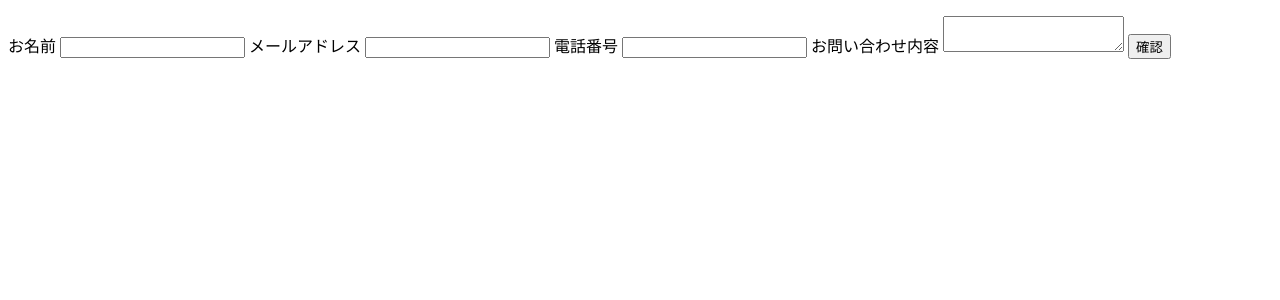
Repository: daytime/php_5days_challenge
Page: http://localhost/form.php
These files come from the project's save history. The page is drawn as it stood at one moment and after the next save; the edit follows.
The browser window is 1280 px wide. The pictures show the whole page.
The page is run by PHP 8.4 with error messages shown; the project is at /var/www/html/.

Above is the page before, as saved 2025-02-06 12:29:12.

### form.php
<!DOCTYPE html>
<html lang="ja">
<head>
    <meta charset="UTF-8">
    <meta name="viewport" content="width=device-width, initial-scale=1.0">
    <title>Document</title>
</head>
<body>
    <main>
        <form name="form1" method="post" action="confirm.php">
            <p></p><label for="name">お名前</label>
            <input type="text" name="name" id="name" required>
            <label for="email">メールアドレス</label>
            <input type="email" name="email" id="email" required>
            <label for="tel">電話番号</label>
            <input type="tel" name="tel" id="tel" required>
            <label for="message">お問い合わせ内容</label>
            <textarea name="message" id="message" required></textarea>
            <button type="submit">確認</button>
    </main>

</body>
</html>

After the next save:
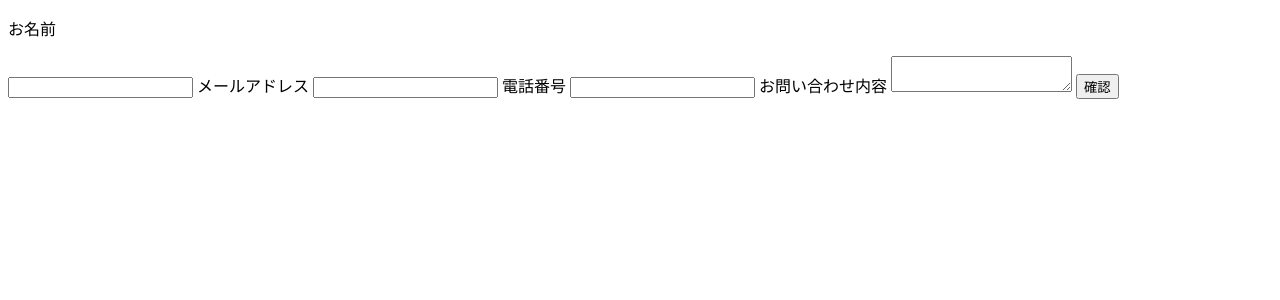
Saved 91 s later.
--- a/form.php
+++ b/form.php
@@ -8,7 +8,7 @@
 <body>
     <main>
         <form name="form1" method="post" action="confirm.php">
-            <p></p><label for="name">お名前</label>
+            <p><label for="name">お名前</label></p>
             <input type="text" name="name" id="name" required>
             <label for="email">メールアドレス</label>
             <input type="email" name="email" id="email" required>
